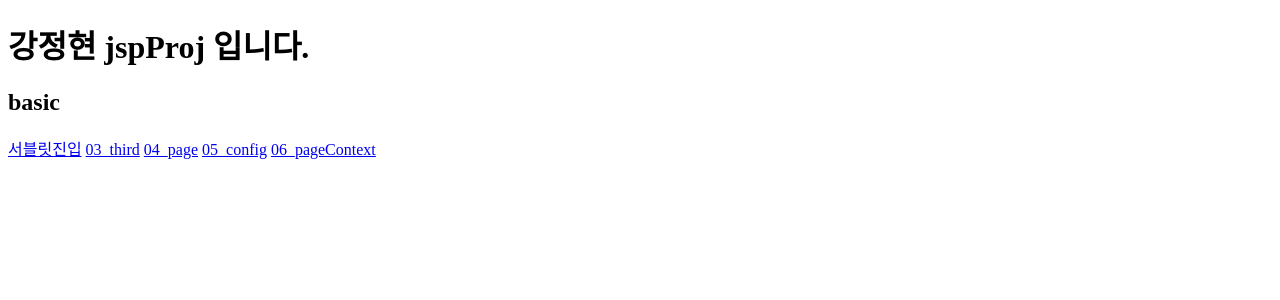
Repository: Jamikidu/newJsp
Page: http://localhost/jspProj/
These files come from the project's save history. The page is drawn as it stood at one moment and after the next save; the edit follows.
The browser window is 1280 px wide. The pictures show the whole page.
The page is served by Tomcat 9. Nobody is signed in. The application's start-up code is not run. Other server files are loaded and not shown.

Above is the page before, as saved 2023-07-26 00:59:13.

### jspProj/src/main/webapp/index.jsp
<%@ page language="java" contentType="text/html; charset=UTF-8"
    pageEncoding="UTF-8"%>
<!DOCTYPE html>
<html>
<head>
<meta charset="UTF-8">
<title>jspProj 입니다</title>
</head>
<body>
<h1>강정현 jspProj 입니다.</h1>
<h2>basic</h2>
<a href="basic/First">서블릿진입</a>
<a href="basic/03_third.jsp">03_third</a>
<a href="basic/04_page.jsp">04_page</a>
<a href="basic/05_config.jsp">05_config</a>
<a href="basic/06_pageContext.jsp">06_pageContext</a>
</body>
</html>

After the next save:
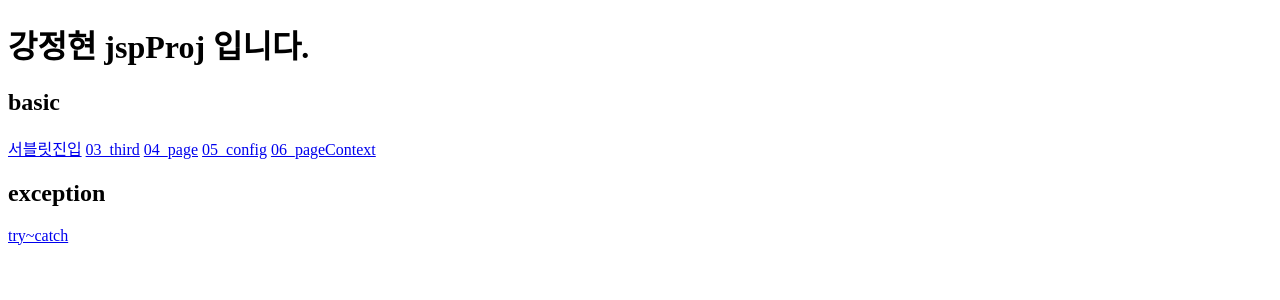
Saved 41 s later.
--- a/jspProj/src/main/webapp/index.jsp
+++ b/jspProj/src/main/webapp/index.jsp
@@ -14,5 +14,7 @@
 <a href="basic/04_page.jsp">04_page</a>
 <a href="basic/05_config.jsp">05_config</a>
 <a href="basic/06_pageContext.jsp">06_pageContext</a>
+<h2>exception</h2>
+<a href="err/aaa.jsp">try~catch</a>
 </body>
 </html>
